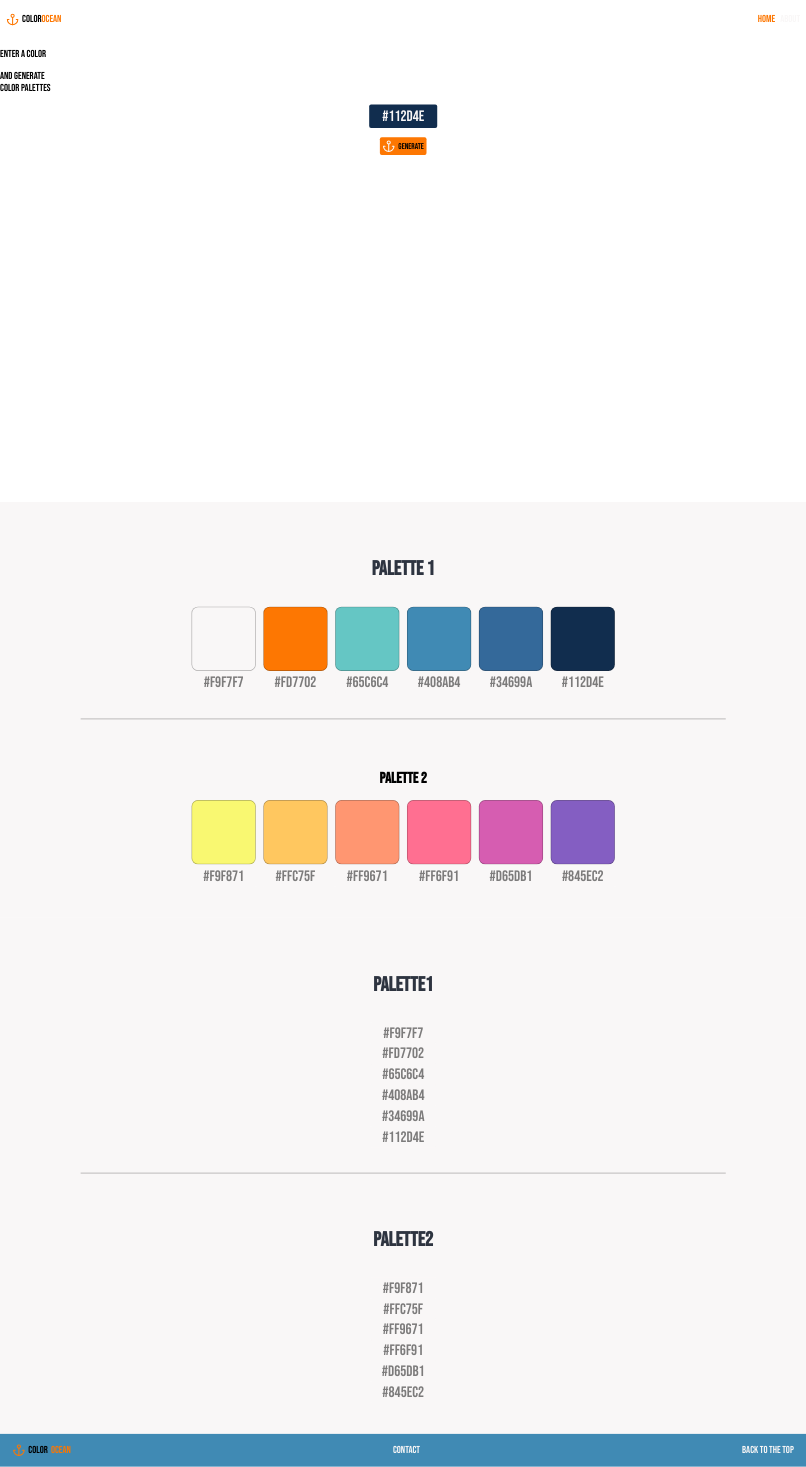
Repository: Ulvang01/WebTekProject
Page: src/index.html
The author's editor kept a copy of each file at every save. The page is drawn from the files as they stood at one save, then again after the next save.
The browser window is 1280 px wide. The pictures show the whole page, at 63% of full size.
After loading, the first visible `#submit-btn` was clicked once.

Above is the page before, as saved 2022-11-04 16:24:52.

After the next save:
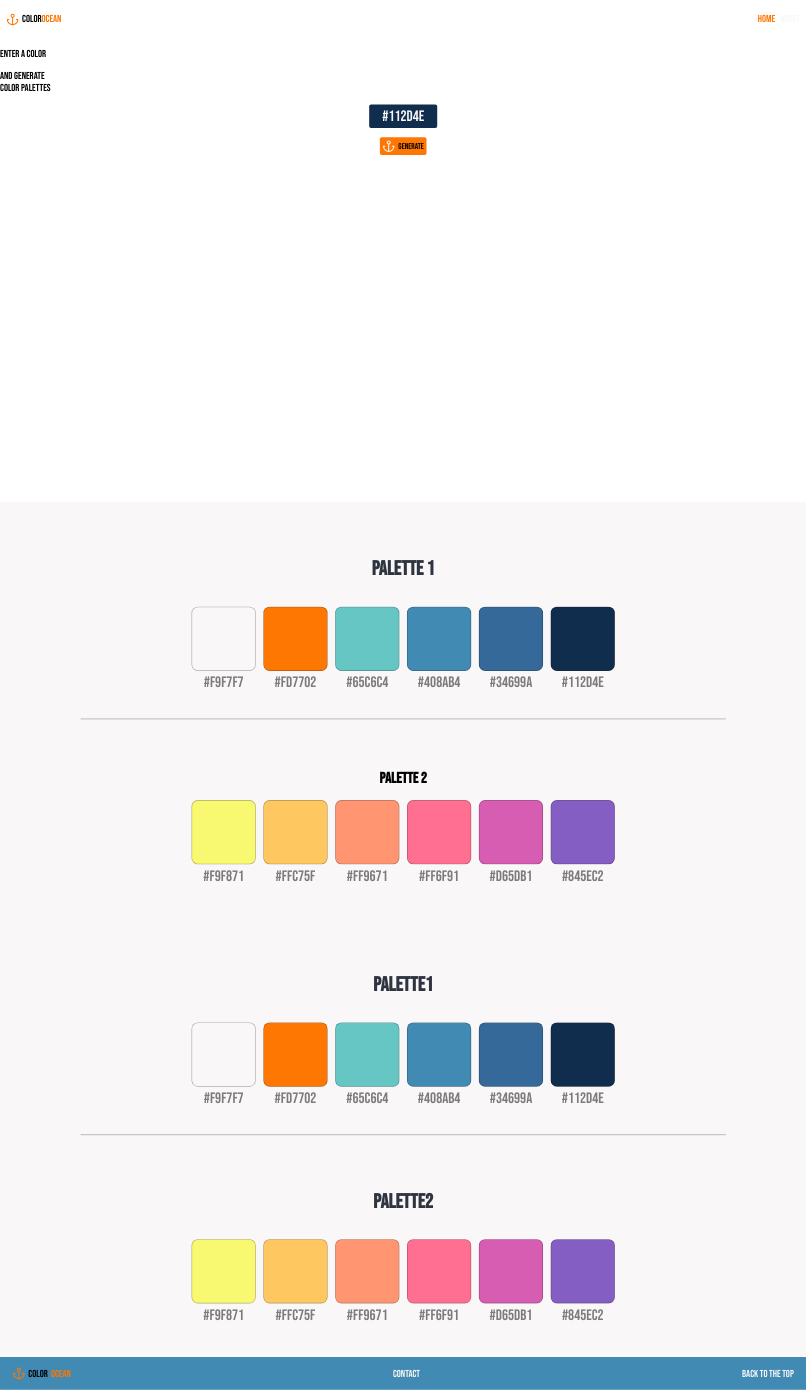
Saved 77 s later.
--- a/src/js/colorElementCreator.js
+++ b/src/js/colorElementCreator.js
@@ -17,20 +17,20 @@ const createComponents = (colorPalletes) => {
         colors.forEach((color) => {
             const colorFrame = document.createElement('div');
             colorFrame.setAttribute('class', 'color-frame');
+
             const colorDiv = document.createElement('div');
             colorDiv.setAttribute('class', 'color');
             colorDiv.style.backgroundColor = color;
             colorFrame.appendChild(colorDiv);
+
             const colorCode = document.createElement('input');
             colorCode.setAttribute('type', 'text');
             colorCode.setAttribute('value', color);
             colorCode.readOnly = true;
-            colorContainer.appendChild(colorFrame);
-            colorContainer.appendChild(colorCode);
-
+            colorFrame.appendChild(colorCode);
             colorBox.appendChild(colorFrame);
         });
-
+        colorContainer.appendChild(colorBox);
         colorSection.appendChild(colorContainer);
     }
 
